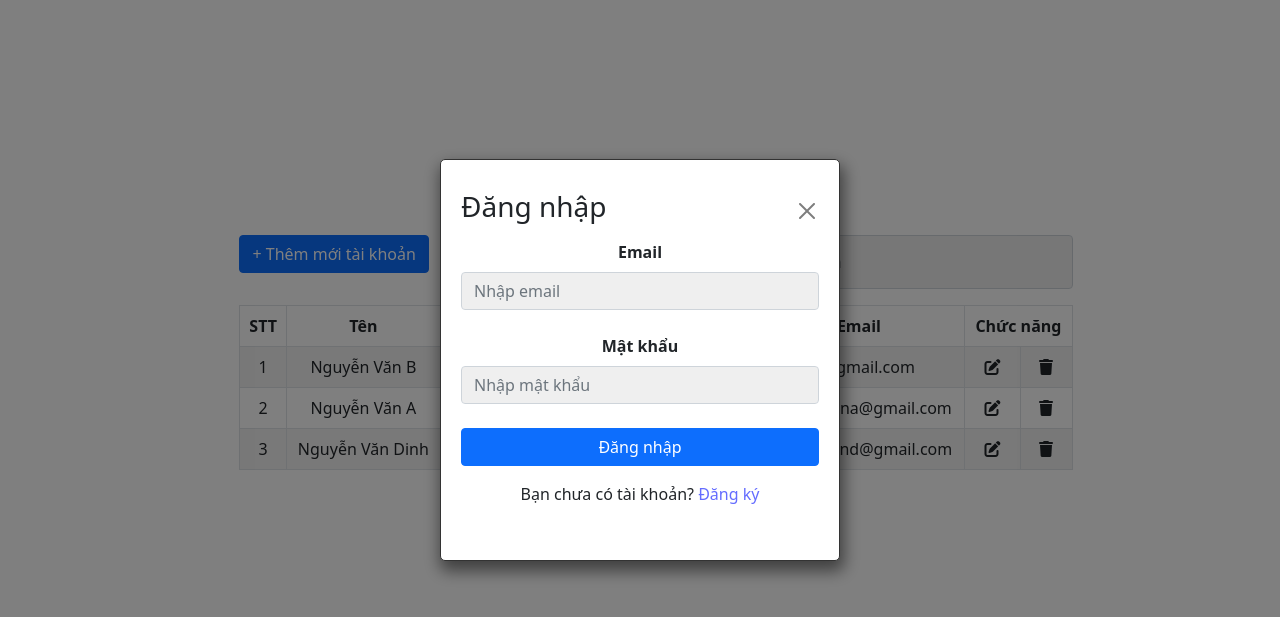
Repository: TinhTT336/MD02_Session12
Page: / (app in client/)
The author's editor kept a copy of each file at every save. The page is drawn from the files as they stood at one save, then again after the next save.
The browser window is 1280 px wide. The pictures show the whole page.
The project was rebuilt for these pictures with package versions that can differ from the ones it lists, and the page was loaded fresh each time. Requests to the local data server were answered from the project's data file. Also part of the build but not shown: client/vite.config.js, client/src/components/admin/manager-product/FormAdd.jsx, client/src/components/admin/manager-product/FormEdit.jsx, client/src/pages/product/ListProduct.jsx, client/src/components/admin/manager-user/FormAddUser.jsx, client/src/components/admin/manager-user/FormEditUser.jsx, client/src/components/base/loading.css.

Above is the page before, as saved 2023-09-12 14:32:06.

### client/index.html
<!DOCTYPE html>
<html lang="en">
  <head>
    <meta charset="UTF-8" />
    <link rel="icon" type="image/svg+xml" href="/vite.svg" />
    <meta name="viewport" content="width=device-width, initial-scale=1.0" />
    <title>Vite + React</title>
    <link
      href="https://cdn.jsdelivr.net/npm/bootstrap@5.0.2/dist/css/bootstrap.min.css"
      rel="stylesheet"
      integrity="sha384-EVSTQN3/azprG1Anm3QDgpJLIm9Nao0Yz1ztcQTwFspd3yD65VohhpuuCOmLASjC"
      crossorigin="anonymous"
    />
    <link
      rel="stylesheet"
      href="https://cdnjs.cloudflare.com/ajax/libs/font-awesome/6.4.2/css/all.min.css"
      integrity="sha512-z3gLpd7yknf1YoNbCzqRKc4qyor8gaKU1qmn+CShxbuBusANI9QpRohGBreCFkKxLhei6S9CQXFEbbKuqLg0DA=="
      crossorigin="anonymous"
      referrerpolicy="no-referrer"
    />
  </head>
  <body>
    <div id="root"></div>
    <script type="module" src="/src/main.jsx"></script>
  </body>
</html>

### client/src/App.jsx
import { useState } from 'react'
import reactLogo from './assets/react.svg'
import viteLogo from '/vite.svg'
import './App.css'
import ListProduct from './pages/product/ListProduct'
import ListUser from './pages/admin/ListUser'
import Login from './pages/user/login/Login'

function App() {
  const [count, setCount] = useState(0)

  return (
    <>
      {/* <ListProduct /> */}
      <ListUser />
      <Login />
    </>
  )
}

export default App

### client/src/pages/admin/ListUser.jsx
import React, { useEffect, useState } from 'react';
import axios from 'axios';// khong co dau ngoac nhon
import { notification } from 'antd';
import FormAddUser from '../../components/admin/manager-user/FormAddUser';
import FormEditUser from '../../components/admin/manager-user/FormEditUser';
import { formatDate } from '../../utils/formatData';
import debounce from "lodash.debounce";
import Loading from '../../components/base/Loading';

export default function ListUser() {
    const [users, setUsers] = useState([]);
    const [show, setShow] = useState(false);
    const [showEdit, setShowEdit] = useState(false);
    const [idEdit, setIdEdit] = useState(null);
    const [searchText, setSearchText] = useState("");
    const [showLoading, setShowLoading] = useState(false);
    // goi API lấy tất cả thông tin
    const loadData = async () => {
        setShowLoading(true);
        await axios.get(`http://localhost:8000/users?user_name_like=${searchText}`)
            .then(response => setUsers(response.data))
            .catch(error => setShowLoading(true))
        setShowLoading(false);

    }

    useEffect(() => {
        const delaySearch = debounce(loadData, 1000)//dat do tre cho ham search tinh tu khi bo tay ra kho ban phim
        delaySearch();
        return delaySearch.cancel; //huy debounce khi khong thuc hien chua nang search
    }, [searchText])

    // ham xoa du lieu
    const handleDelete = (id) => {
        axios.delete(`http://localhost:8000/users/${id}`)
            .then(response => {
                if (response.status === 200) {
                    notification.success({
                        message: "Thành công!",
                        description: "Xoá tài khoản thành công"
                    });
                    loadData();
                }
            })
            .catch(error => console.log(error))
    }

    // ham hien form them moi
    const handleShow = () => {
        setShow(true);
    }

    // ham dong form them moi
    const handleClose = () => {
        setShow(false);
    }

    // ham hien form edit
    const handleShowEdit = (id) => {
        setShowEdit(true);
        setIdEdit(id);
    }

    // ham dong form edit
    const handleCloseEdit = () => {
        setShowEdit(false);
    }
    return (
        <>
            {/* loading */}
            {showLoading && <Loading />}
            {/* Form them moi */}
            {show && <FormAddUser handleClose={handleClose} loadData={loadData} />}
            {/* Form edit */}
            {showEdit && <FormEditUser handleCloseEdit={handleCloseEdit} loadData={loadData} idEdit={idEdit} />}
            <div className='container d-flex align-items-center  flex-column m-3'>
                <div className='d-flex justify-content-between mb-3' style={{ width: "100%", gap: "20px" }}>
                    <button onClick={handleShow} className='btn btn-primary mb-3'>+ Thêm mới tài khoản</button>
                    <input value={searchText}
                        onChange={(e) => setSearchText(e.target.value)} type="text" name="" id="" className="form-control w-50" placeholder='Nhập từ khoá tìm kiếm' />
                </div>
                <table className='table table-striped table-hover table-bordered'>
                    <thead>
                        <tr>
                            <th style={{ textAlign: "center" }} scope='col'>STT</th>
                            <th style={{ textAlign: "center" }} scope='col'>Tên</th>
                            <th style={{ textAlign: "center" }} scope='col'>Giới tính</th>
                            <th style={{ textAlign: "center" }} scope='col'>Ngày sinh</th>
                            <th style={{ textAlign: "center" }} scope='col'>Địa chỉ</th>
                            <th style={{ textAlign: "center" }} scope='col'>Email</th>
                            <th style={{ textAlign: "center" }} scope='col' colSpan={2}>Chức năng</th>
                        </tr>
                    </thead>
                    <tbody>
                        {users.map((user, index) => (
                            <tr key={user.id}>
                                <td>{index + 1}</td>
                                <td>{user.user_name}</td>
                                <td>{user.gender === 0 ? "Nam" : (user.gender === 1 ? "Nữ" : "Khác")}</td>
                                <td>{formatDate(user.dateOfBirth)}</td>
                                <td>{user.address}</td>
                                <td>{user.email}</td>
                                <td onClick={() => handleShowEdit(user.id)}><i className="fa-solid fa-pen-to-square "></i></td>
                                <td onClick={() => handleDelete(user.id)}><i className="fa-solid fa-trash "></i></td>
                            </tr>

                        ))}
                    </tbody>
                </table>
            </div>
        </>
    )
}

### client/src/pages/user/login/Login.jsx
import React, { useState } from 'react';
import "./login.css";

export default function Login() {
    const [email, setEmail] = useState("");
    const [password, setPassword] = useState("");
    const [emailError, setEmailError] = useState(false);
    const [passwordError, setPasswordError] = useState(false);

    // ham validate du lieu nhap vao
    const validateData = (nameInput, valueInput) => {
        switch (nameInput) {
            case "email":
                if (!valueInput) {
                    setEmailError(true);
                } else {
                    setEmailError(false);
                }
                break;
            case "password":
                if (!valueInput) {
                    setPasswordError(true);
                } else {
                    setPasswordError(false);
                }
                break;
            default:
                break;
        }
    }

    // ham lay du lieu tu o Input
    const handleInputChange = (e) => {
        // lay name va value tu o input
        const { value, name } = e.target;

        // khi onChange thi goi den ham validate(
        validateData(name, value);
        // kiem tra name va gan gia tri
        if (name === "email") {
            setEmail(value);
        } else if (name === "password") {
            setPassword(value);
        } else {
            return;
        }
    }

    // ham submit du lieu
    const handleSubmit = (e) => {
        e.preventDefault();
        validateData("email", email);
        validateData("password", password);

        if (email && password) {
            const newUser = {
                email,
                password
            }
            console.log(newUser);
        }
    }

    return (
        <>
            <div className='container-login'>
                <form className='form-login' onSubmit={handleSubmit}>
                    <div className='d-flex justify-content-between align-items-center mb-2'>
                        <h3>Đăng nhập</h3>
                        <div className='btn btn-close'></div>
                    </div>
                    <div className='form-group mb-4'>
                        <label className='form-label' htmlFor="email">Email</label>
                        <input className={`form-control ${emailError && "border-err"}`}
                            type="text" name="email" id="email" placeholder='Nhập email'
                            value={email} onChange={handleInputChange}
                            onBlur={handleInputChange} />
                        {emailError && <div className='text-err mt-1  '>Email không được để trống</div>}
                    </div>
                    <div className='form-group mb-4'>
                        <label className='form-label' htmlFor="password">Mật khẩu</label>
                        <input className={`form-control ${passwordError && "border-err"}`}
                            type="password" name="password" id="password" placeholder='Nhập mật khẩu'
                            value={password} onChange={handleInputChange}
                            onBlur={handleInputChange} />
                        {passwordError && <div className='text-err mt-1 '>Mật khẩu không được để trống</div>}
                    </div>
                    <div className='mb-2'>
                        <button className='btn btn-primary w-100'>Đăng nhập</button>
                    </div>
                    <p className='p-2 text-center' >Bạn chưa có tài khoản? <a href='#'>Đăng ký</a> </p>
                </form>
            </div>
        </>
    )
}

### client/src/utils/formatData.js
/**
 * ham format tien te Viet Nam
 * @param {*} money chuoi tien te can format
 * @returns chuoi tien te da duoc format
 * Author: TinhTT (11/09/2023)
 */
export const formatMoney = (money) => {
  return money.toLocaleString("vi", { style: "currency", currency: "VND" });
};
/**
 * ham dinh dang chuoi thoi gian
 * @param {*} date chuoi thoi gian can dinh dang
 * @returns dinh dang thoi gian theo kieu ngay-thang-nam
 * Author: TinhTT(12/9/2023)
 */
export const formatDate = (date) => {
  // lay ra dinh dang thoi gian cua chuoi dua vao thoi gian thuc
  const today = new Date(date);
  // lay ra nam
  let year = today.getFullYear();
  // lay ra thang
  let month = today.getMonth() + 1;
  if (month > 0 && month < 10) {
    month = `0${month}`;
  }
  // lay ra ngay
  let day = today.getDate();
  // tra ra chuoi can dinh dang
  return `${day}-${month}-${year}`;
};
/**
 * Validate email
 * @param {*} email : chuỗi email cần kiểm tra
 * @returns true nếu đúng định dạng, false nếu sai định dạng
 * Author: NVQUY(12/09/2023)
 */
export const ValidateEmail = (email) => {
  return String(email)
    .toLowerCase()
    .match(
      /^(([^<>()[\]\\.,;:\s@"]+(\.[^<>()[\]\\.,;:\s@"]+)*)|.(".+"))@((\[[0-9]{1,3}\.[0-9]{1,3}\.[0-9]{1,3}\.[0-9]{1,3}\])|(([a-zA-Z\-0-9]+\.)+[a-zA-Z]{2,}))$/
    );
};

### client/src/components/base/Loading.jsx
import React from "react";
import "./loading.css";

export default function Loading() {
    return (
        <>
            <div className="loading-container">
                <div className="loader-container">
                    <div className="loader"></div>
                </div>
            </div>
        </>
    );
}

### client/src/pages/user/login/login.css
.container-login {
  position: fixed;
  top: 0;
  bottom: 0;
  left: 0;
  right: 0;
  background: rgba(0, 0, 0, 0.5);
  display: flex;
  align-items: center;
  justify-content: center;
}
.form-login {
  padding: 30px 20px;
  border: 1px solid #333;
  width: 400px;
  background-color: #fff;
  border-radius: 5px;
  box-shadow: 2px 8px 16px 2px rgba(0, 0, 0, 0.5);
}
.form-group {
  display: flex;
  flex-direction: column;
}
.form-label {
  font-weight: 600;
}
.text-err {
  color: red;
  font-style: italic;
  font-size: 14px;
}
.border-err {
  border-color: red;
}

### client/src/components/admin/manager-product/product.css
.product-container {
  position: fixed;
  bottom: 0;
  top: 0;
  right: 0;
  left: 0;
  background: rgba(0, 0, 0, 0.6);
  display: flex;
  align-items: center;
  justify-content: center;
  min-height: 100vh;
}
.form-container {
  width: 400px;
  padding: 20px;
  background-color: #fff;
  border: 1px solid #3333;
  border-radius: 4px;
}
.form-control {
  background-color: #efefef;
}

### server/db.json
{
  "users": [
    {
      "email": "ba@gmail.com",
      "password": "$2a$10$dR3OnjgY62k9wRyVo5LbNeqOKyZL54t2fqGn3sQJJPeKdv6eA7BPC",
      "user_name": "Nguyễn Văn B",
      "gender": 1,
      "address": "Hà Nội ",
      "dateOfBirth": "20/01/2004",
      "id": 1
    },
    {
      "email": "nguyenvana@gmail.com",
      "password": "$2a$10$19Cnt/n/J/yqyoAFKDjy4.HmmO9ZH/8PjB0.suBV3eBKrZBomKi1O",
      "user_name": "Nguyễn Văn A",
      "gender": 0,
      "dateOfBirth": "11/11/2000",
      "address": "Ha Nam",
      "id": 2
    },
    {
      "email": "nguyenvand@gmail.com",
      "password": "$2a$10$Tz6cvrc/vgRS4QnEr.4qZ.fK3iOzyYLpUpImKREPYkv/5n3Y6PAG2",
      "user_name": "Nguyễn Văn Dinh",
      "gender": 0,
      "dateOfBirth": "11/11/2000",
      "address": "Thai Binh",
      "id": 3
    }
  ],
  "products": [
    {
      "id": 1,
      "product_name": "Cam sanh",
      "price": 20000,
      "from": "mien Tay"
    },
    {
      "id": 2,
      "product_name": "Cam vàng",
      "price": 40000,
      "from": "mien Tay"
    },
    {
      "product_name": "Chôm chôm",
      "price": 35000,
      "from": "Miền Nam",
      "id": 5
    },
    {
      "product_name": "Ổi hồng",
      "price": 40000,
      "from": "Miền Nam",
      "id": 6
    },
    {
      "product_name": "Bưởi da xanh",
      "price": 56000,
      "from": "Miền Nam",
      "id": 7
    }
  ]
}

Loaded but not shown: client/src/main.jsx (common file); client/src/index.css (common file); client/src/App.css (common file)

After the next save:
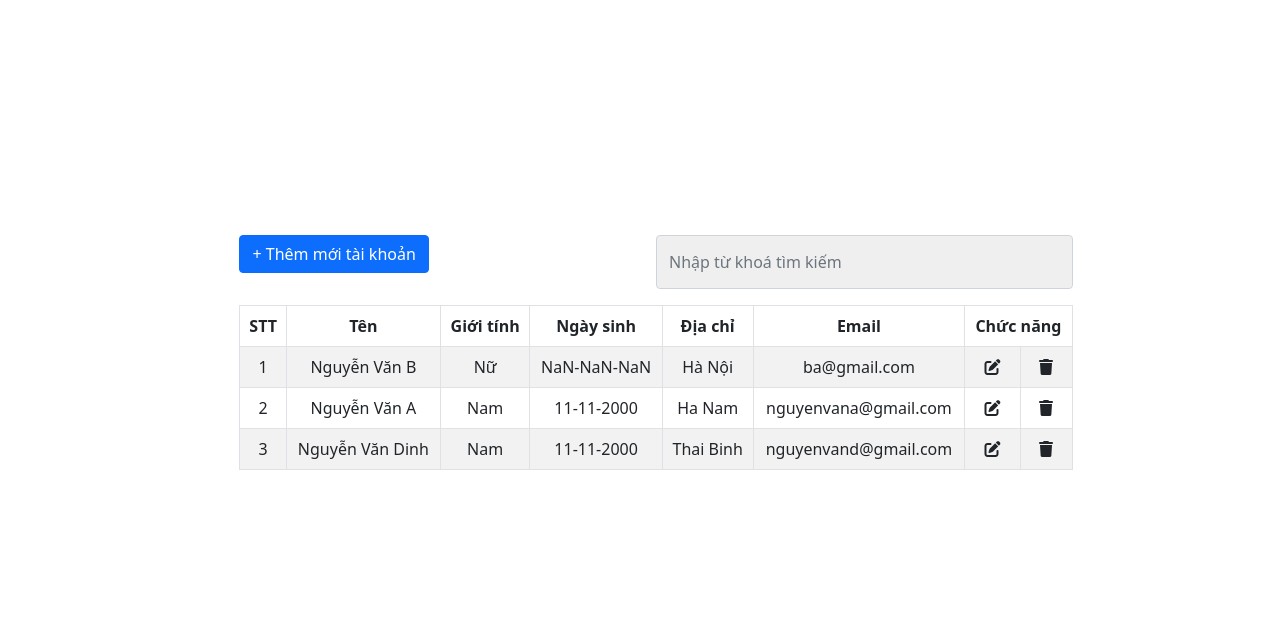
Saved 9 s later.
--- a/client/src/App.jsx
+++ b/client/src/App.jsx
@@ -13,7 +13,7 @@
     <>
       {/* <ListProduct /> */}
       <ListUser />
-      <Login />
+      {/* <Login /> */}
     </>
   )
 }

After the save that followed:
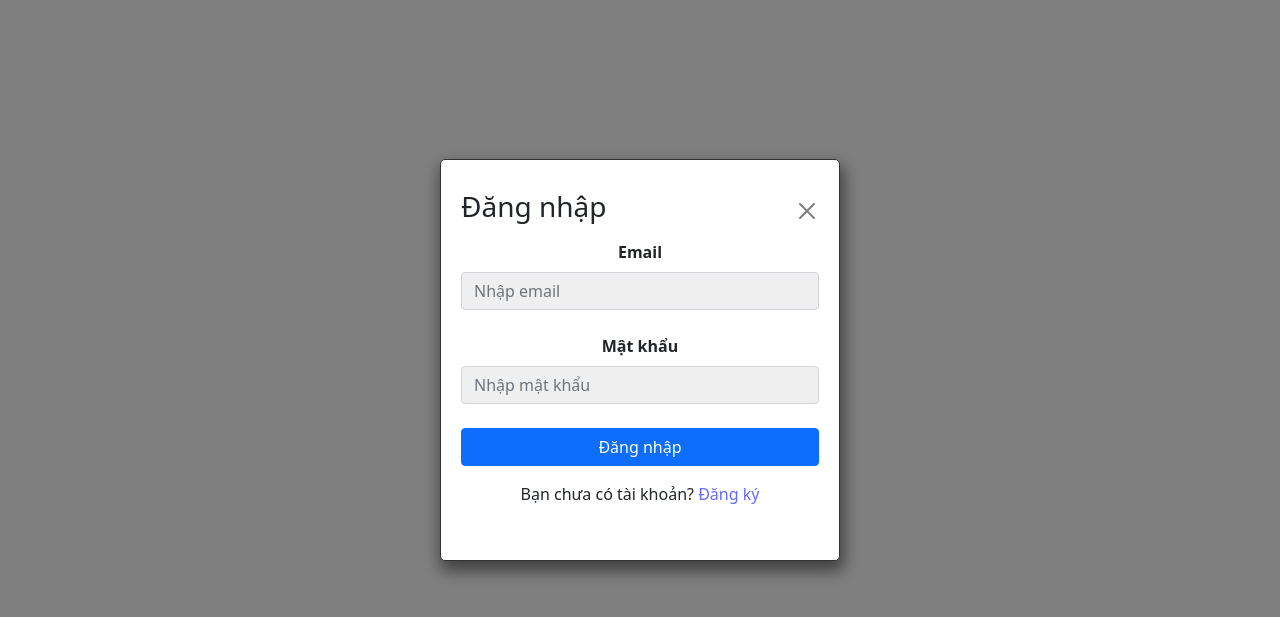
Saved 40 s later.
--- a/client/src/App.jsx
+++ b/client/src/App.jsx
@@ -12,8 +12,8 @@
   return (
     <>
       {/* <ListProduct /> */}
-      <ListUser />
-      {/* <Login /> */}
+      {/* <ListUser /> */}
+      <Login />
     </>
   )
 }
